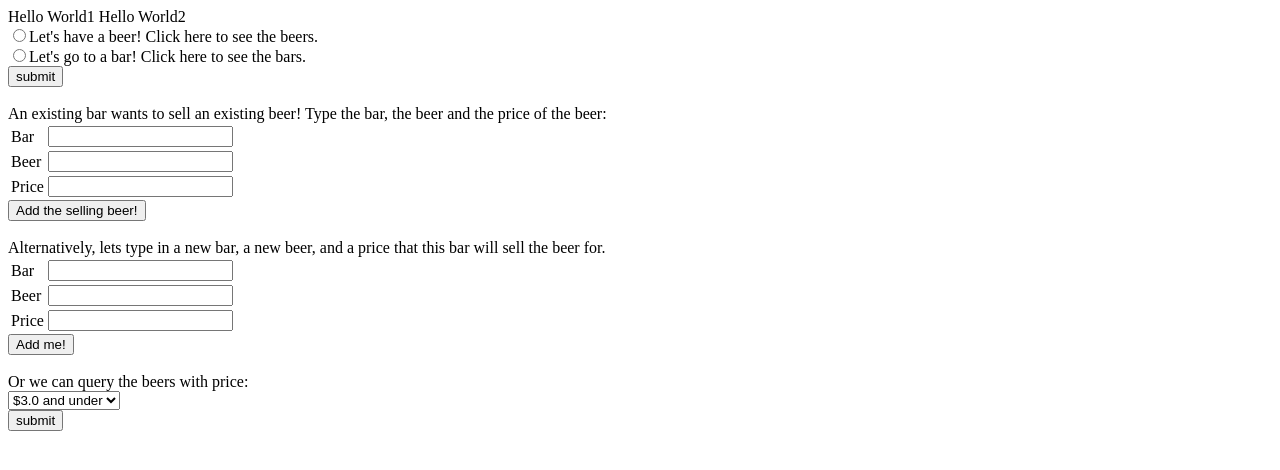
Repository: Kevin-Zhang-0/cs336Project
Page: http://localhost/cs336Sample/
The author's editor kept a copy of each file at every save. The page is drawn from the files as they stood at one save, then again after the next save.
The browser window is 1280 px wide. The pictures show the whole page.
The page is served by Tomcat 9.

Above is the page before, as saved 2022-04-04 00:29:24.

After the next save:
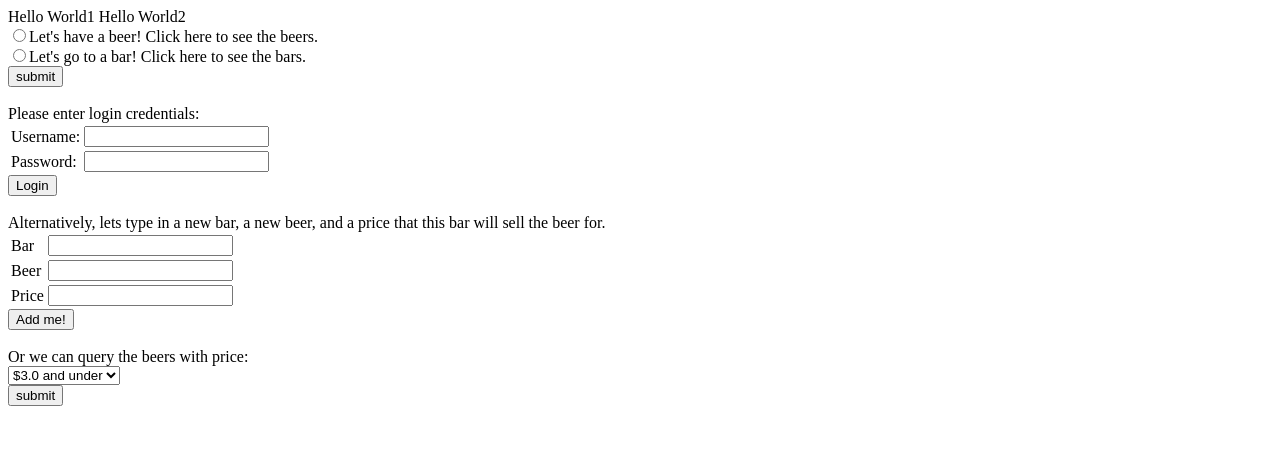
Saved 23 h 41 min later.
--- a/cs336Sample/src/main/webapp/loginPage.jsp
+++ b/cs336Sample/src/main/webapp/loginPage.jsp
@@ -37,21 +37,18 @@
 		</form>
 		<br>
 
-	An existing bar wants to sell an existing beer! Type the bar, the beer and the price of the beer:
+	Please enter login credentials:
 	<br>
 		<form method="get" action="sellsNewBeer.jsp">
 			<table>
 				<tr>
-					<td>Bar</td><td><input type="text" name="barvalia"></td>
+					<td>Username:</td><td><input type="text" name="username"></td>
 				</tr>
 				<tr>
-					<td>Beer</td><td><input type="text" name="beer"></td>
-				</tr>
-				<tr>
-					<td>Price</td><td><input type="text" name="price"></td>
+					<td>Password:</td><td><input type="text" name="password"></td>
 				</tr>
 			</table>
-			<input type="submit" value="Add the selling beer!">
+			<input type="submit" value="Login">
 		</form>
 	<br>
 
